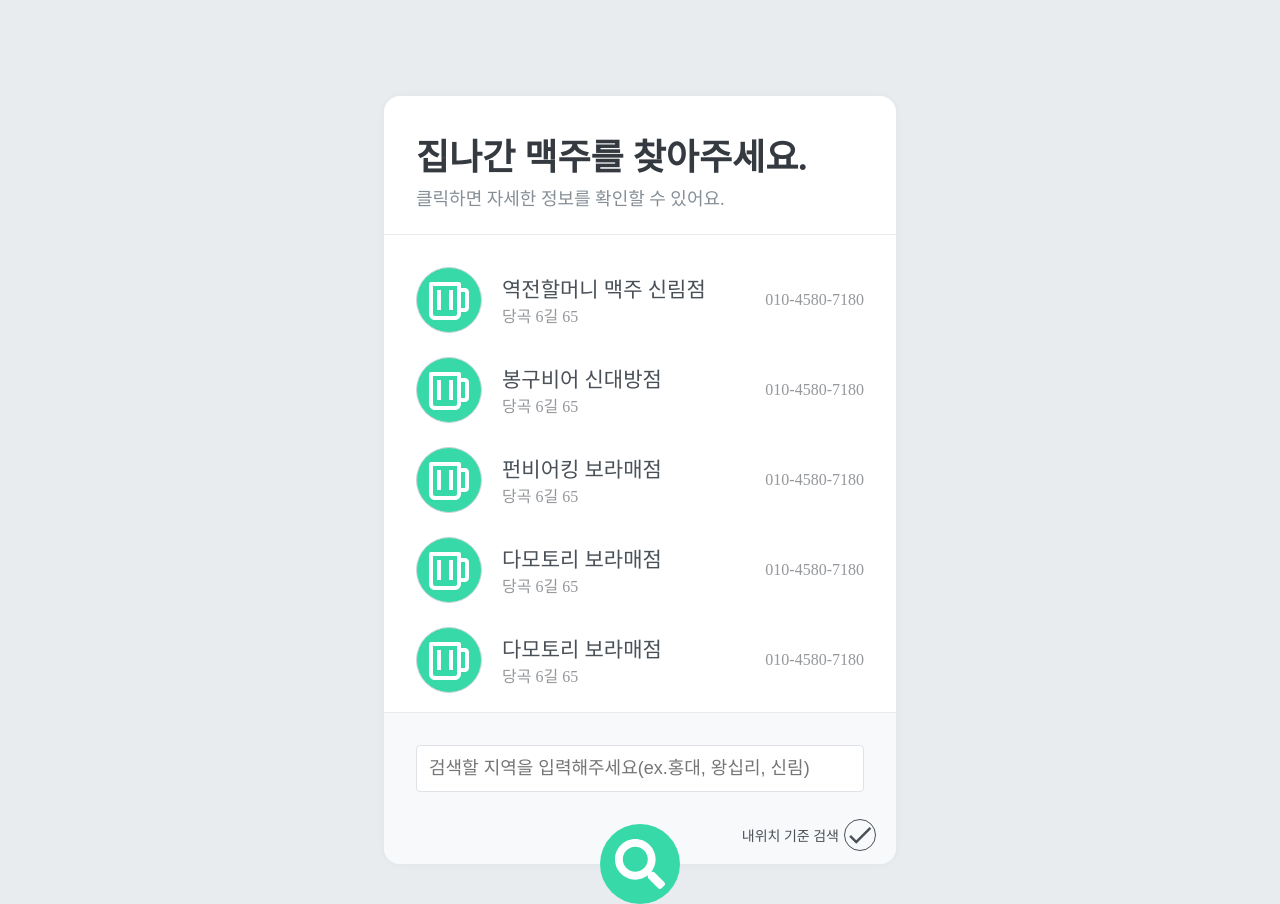
Repository: THE-SOPT-WEB/kimNamjun
Page: / (app in week4/bring-my-beer/)
The author's editor kept a copy of each file at every save. The page is drawn from the files as they stood at one save, then again after the next save.
The browser window is 1280 px wide. The pictures show the whole page.
An inner scrolling area shows only its first screen. The project was rebuilt for these pictures with package versions that can differ from the ones it lists, and the page was loaded fresh each time.

Above is the page before, as saved 2022-05-13 02:56:28.

### week4/bring-my-beer/public/index.html
<!DOCTYPE html>
<html lang="en">
  <head>
    <meta charset="utf-8" />
    <link rel="icon" href="%PUBLIC_URL%/favicon.ico" />
    <meta name="viewport" content="width=device-width, initial-scale=1" />
    <meta name="theme-color" content="#000000" />
    <meta
      name="description"
      content="Web site created using create-react-app"
    />
    <link rel="apple-touch-icon" href="%PUBLIC_URL%/logo192.png" />
    <!--
      manifest.json provides metadata used when your web app is installed on a
      user's mobile device or desktop. See https://developers.google.com/web/fundamentals/web-app-manifest/
    -->
    <link rel="manifest" href="%PUBLIC_URL%/manifest.json" />
    <!--
      Notice the use of %PUBLIC_URL% in the tags above.
      It will be replaced with the URL of the `public` folder during the build.
      Only files inside the `public` folder can be referenced from the HTML.

      Unlike "/favicon.ico" or "favicon.ico", "%PUBLIC_URL%/favicon.ico" will
      work correctly both with client-side routing and a non-root public URL.
      Learn how to configure a non-root public URL by running `npm run build`.
    -->
    <title>우리동네 맥주집</title>
  </head>
  <body>
    <noscript>You need to enable JavaScript to run this app.</noscript>
    <div id="root"></div>
    <!--
      This HTML file is a template.
      If you open it directly in the browser, you will see an empty page.

      You can add webfonts, meta tags, or analytics to this file.
      The build step will place the bundled scripts into the <body> tag.

      To begin the development, run `npm start` or `yarn start`.
      To create a production bundle, use `npm run build` or `yarn build`.
    -->
  </body>
</html>

### week4/bring-my-beer/src/App.js
import React from 'react';
import { createGlobalStyle } from 'styled-components';
import Template from './components/Template';
import Header from './components/Header';
import List from './components/List';
import Search from './components/Search';

const GlobalStyle = createGlobalStyle`
  body {
    background: #e9ecef;
  }
`;

function App() {
  return (
    <>
      <GlobalStyle />
      <Template>
        <Header />
        <List />
        <Search />
      </Template>
    </>
  );
}

export default App;

### week4/bring-my-beer/src/components/Template.jsx
import React from 'react';
import styled from 'styled-components';

const TemplateBlock = styled.div`
  width: 512px;
  height: 768px;

  position: relative;
  background: white;
  border-radius: 16px;
  box-shadow: 0 0 8px 0 rgba(0, 0, 0, 0.04);

  margin: 0 auto;

  margin-top: 96px;
  margin-bottom: 32px;
  display: flex;
  flex-direction: column;
`;

function Template({ children }) {
  return <TemplateBlock>{children}</TemplateBlock>;
}

export default Template;

### week4/bring-my-beer/src/components/Header.jsx
import React from 'react';
import styled from 'styled-components';

const HeaderBlock = styled.div`
  padding: 32px 32px 24px 32px;
  border-bottom: 1px solid #e9ecef;
  h1 {
    margin: 0;
    font-size: 36px;
    color: #343a40;
  }
  .tip {
    margin-top: 4px;
    color: #868e96;
    font-size: 18px;
  }
`;

function Header() {
  return (
    <HeaderBlock>
      <h1>집나간 맥주를 찾아주세요. </h1>
      <div className="tip">클릭하면 자세한 정보를 확인할 수 있어요.</div>
    </HeaderBlock>
  );
}

export default Header;

### week4/bring-my-beer/src/components/List.jsx
import React from 'react';
import axios from "axios";
import Skeleton, { SkeletonTheme } from 'react-loading-skeleton'
import styled from 'styled-components';
import Item from './Item';

const ListBlock = styled.div`
  flex: 1;
  padding: 20px 32px;
  padding-bottom: 48px;
  overflow-y: auto;
`;

function List() {
  return (
    <ListBlock>
      <Item title="역전할머니 맥주 신림점" adress='당곡 6길 65' contact='010-4580-7180'/>
      <Item title="봉구비어 신대방점" adress='당곡 6길 65' contact='010-4580-7180'/>
      <Item title="펀비어킹 보라매점" adress='당곡 6길 65' contact='010-4580-7180'/>
      <Item title="다모토리 보라매점" adress='당곡 6길 65' contact='010-4580-7180'/>
      <Item title="다모토리 보라매점" adress='당곡 6길 65' contact='010-4580-7180'/>
      <Item title="다모토리 보라매점" adress='당곡 6길 65' contact='010-4580-7180'/>
      <Item title="다모토리 보라매점" adress='당곡 6길 65' contact='010-4580-7180'/>
      <Item title="다모토리 보라매점" adress='당곡 6길 65' contact='010-4580-7180'/>
      <Item title="다모토리 보라매점" adress='당곡 6길 65' contact='010-4580-7180'/>
      <Item title="다모토리 보라매점" adress='당곡 6길 65' contact='010-4580-7180'/>
      <Item title="다모토리 보라매점" adress='당곡 6길 65' contact='010-4580-7180'/>
      <Item title="다모토리 보라매점" adress='당곡 6길 65' contact='010-4580-7180'/>
      <Item title="다모토리 보라매점" adress='당곡 6길 65' contact='010-4580-7180'/>
      <Item title="다모토리 보라매점" adress='당곡 6길 65' contact='010-4580-7180'/>
      <Item title="다모토리 보라매점" adress='당곡 6길 65' contact='010-4580-7180'/>
      <Item title="다모토리 보라매점" adress='당곡 6길 65' contact='010-4580-7180'/>
    </ListBlock>
  );
}

export default List;

### week4/bring-my-beer/src/components/Search.jsx
import React, {useState} from 'react';
import styled, {css} from 'styled-components';
import { FaSearch } from 'react-icons/fa';
import { MdDone } from 'react-icons/md';

const CircleButton = styled.button`
  background: #38d9a9;
  &:hover {
    background: #63e6be;
  }
  &:active {
    background: #20c997;
  }

  cursor: pointer;
  width: 80px;
  height: 80px;
  display: block;
  align-items: center;
  justify-content: center;
  font-size: 50px;
  position: absolute;
  left: 50%;
  bottom: 0px;
  transform: translate(-50%, 50%);
  color: white;
  border-radius: 50%;
  border: none;
  outline: none;
  display: flex;
  align-items: center;
  justify-content: center;
  transition: 0.125s all ease-in;

`;

const InsertFormPositioner = styled.div`
  width: 100%;
  bottom: 0;
  left: 0;
  position: absolute;
`;

const InsertForm = styled.form`
  background: #f8f9fa;
  padding: 32px 32px 72px 32px;
  border-bottom-left-radius: 16px;
  border-bottom-right-radius: 16px;
  border-top: 1px solid #e9ecef;
`;

const Input = styled.input`
  padding: 12px;
  border-radius: 4px;
  border: 1px solid #dee2e6;
  width: 100%;
  outline: none;
  font-size: 18px;
  box-sizing: border-box;
`;

const CheckBox = styled.div`
  font-size: 14px;
  position: absolute;
  right: 20px;
  bottom: 5px;
  display: flex;
  align-items: center;
  justify-content: center;
  transition: 0.125s all ease-in;
  color: #495057;
`

const SmallCircleButton = styled.div`
  &:hover {
    border: 1px solid #38d9a9;
    color:#38d9a9;
  }
  &:active {
    border: 1px solid #20c997;;
    color:#20c997;;
  }

  cursor: pointer;
  width: 30px;
  height: 30px;
  font-size: 50px;
  color: #495057;
  border: 1px solid #495057;
  border-radius: 50%;
  margin-left: 5px;
  display: flex;
  align-items: center;
  justify-content: center;

  transition: 0.125s all ease-in;
  ${props =>
    props.checked &&
    css`
      border: 1px solid #38d9a9;
      color:#38d9a9;
    `}
`

function Search() {

  const [checked, setChecked] = useState(false);

  const onToggle = () => setChecked(!checked);

  return (
    <>
        <InsertFormPositioner>
          <InsertForm>
            <Input autoFocus placeholder="검색할 지역을 입력해주세요(ex.홍대, 왕십리, 신림)" disabled={checked} />
          </InsertForm>
        </InsertFormPositioner>
      <CircleButton>
        <FaSearch/>
      </CircleButton>
      <CheckBox>
        <p> 내위치 기준 검색</p>
        <SmallCircleButton onClick={onToggle} checked={checked}>
          <MdDone/>
        </SmallCircleButton>
      </CheckBox>

    </>
  );
}

export default Search;

### week4/bring-my-beer/src/components/Item.jsx
import React from 'react';
import styled  from 'styled-components';
import { BiBeer } from 'react-icons/bi';

const ItemBlock = styled.div`
  display: flex;
  align-items: center;
  padding-top: 12px;
  padding-bottom: 12px;
  border-radius:10px;
  transition: 0.125s all ease-in;
  &:hover{
    box-shadow: 0 0 8px 0 rgba(0, 0, 0, 0.5);
  }
`;

const Icon = styled.div`
  width: 64px;
  height: 64px;
  border-radius: 50px;
  border: 1px solid #ced4da;
  font-size: 48px;
  display: flex;
  align-items: center;
  justify-content: center;
  margin-right: 20px;
  cursor: pointer;
  background-color: #38d9a9;
  color: #fff;
`;

const Title = styled.div`
  flex: 1;
  font-size: 21px;
  color: #495057;
`;

const Adress = styled.div`
  font-size: 16px;
  color: #94979b;
`

const  Contact = styled.div`
  font-size: 16px;
  color: #94979b;
`

function Item({ title,adress,contact }) {
  return (
    <ItemBlock>
      <Icon >
        <BiBeer />
      </Icon>
      <Title >{title}
        <Adress>{adress}</Adress>
      </Title>
      <Contact>{contact}</Contact>
    </ItemBlock>
  );
}

export default Item;

Loaded but not shown: week4/bring-my-beer/src/index.js (common file)

After the next save:
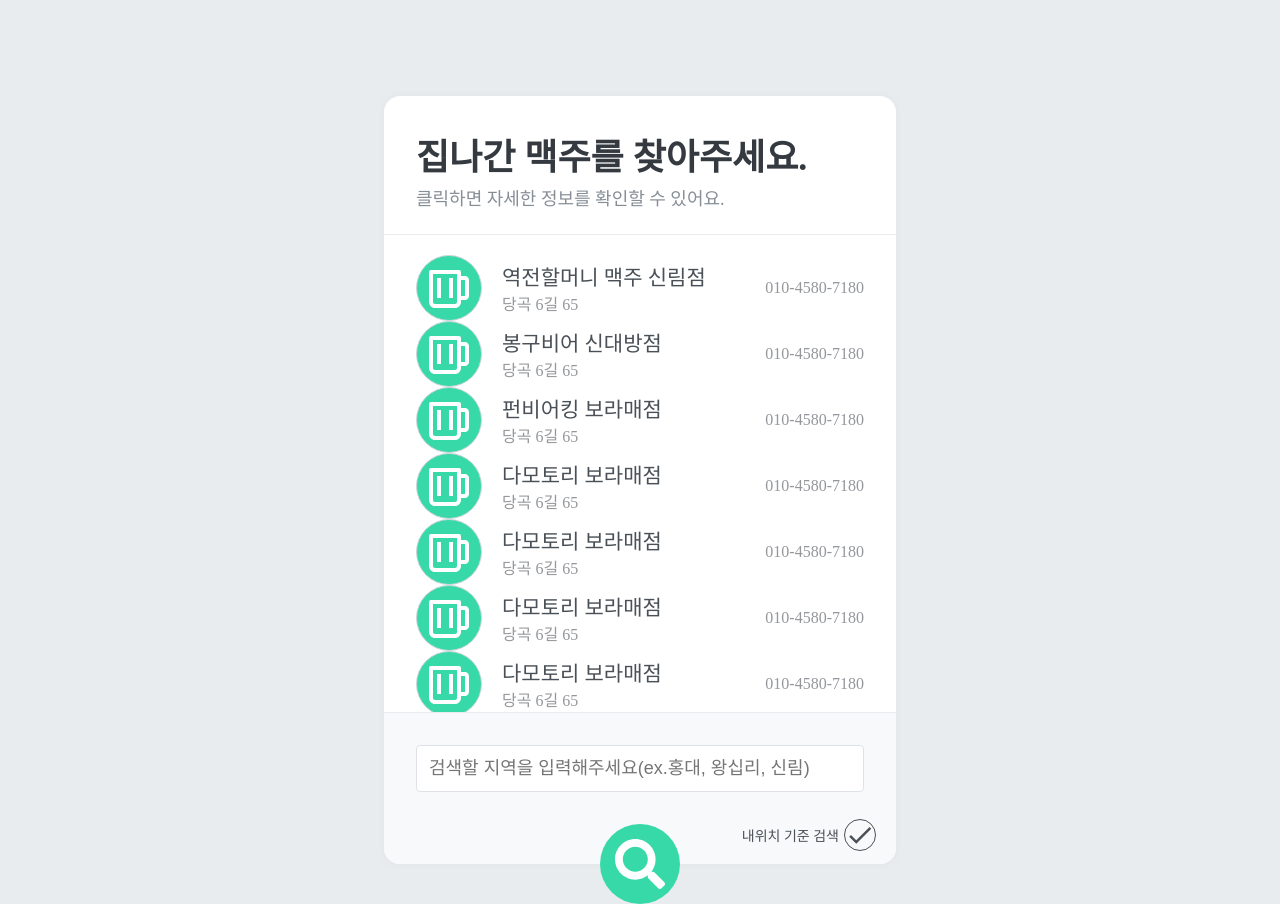
Saved 50 s later.
--- a/week4/bring-my-beer/src/components/Item.jsx
+++ b/week4/bring-my-beer/src/components/Item.jsx
@@ -5,8 +5,7 @@
 const ItemBlock = styled.div`
   display: flex;
   align-items: center;
-  padding-top: 12px;
-  padding-bottom: 12px;
+  padding-top: 12px 0 12px 0;
   border-radius:10px;
   transition: 0.125s all ease-in;
   &:hover{

After the save that followed:
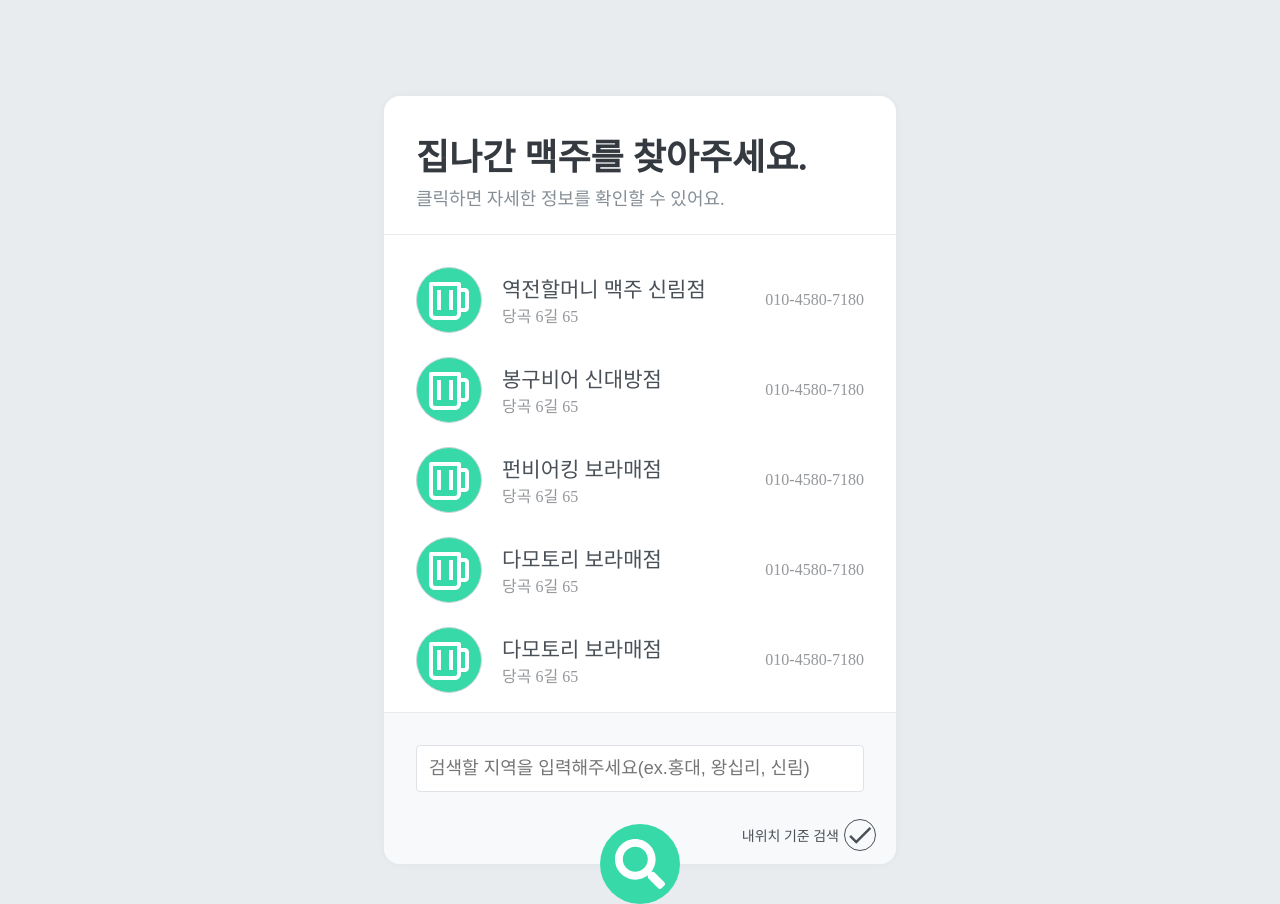
Saved 6 s later.
--- a/week4/bring-my-beer/src/components/Item.jsx
+++ b/week4/bring-my-beer/src/components/Item.jsx
@@ -5,7 +5,7 @@
 const ItemBlock = styled.div`
   display: flex;
   align-items: center;
-  padding-top: 12px 0 12px 0;
+  padding: 12px 0 12px 0;
   border-radius:10px;
   transition: 0.125s all ease-in;
   &:hover{
